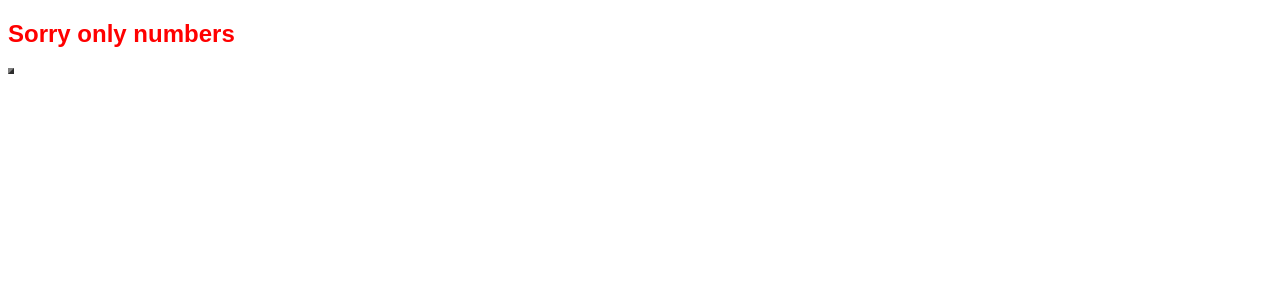
Repository: adithnaveen/SdetBatch3
Page: http://localhost/WebWorks/ShowMulti.jsp
The author's editor kept a copy of each file at every save. The page is drawn from the files as they stood at one save, then again after the next save.
The browser window is 1280 px wide. The pictures show the whole page.
The page is served by Tomcat 9.

Above is the page before, as saved 2017-04-03 22:25:30.

After the next save:
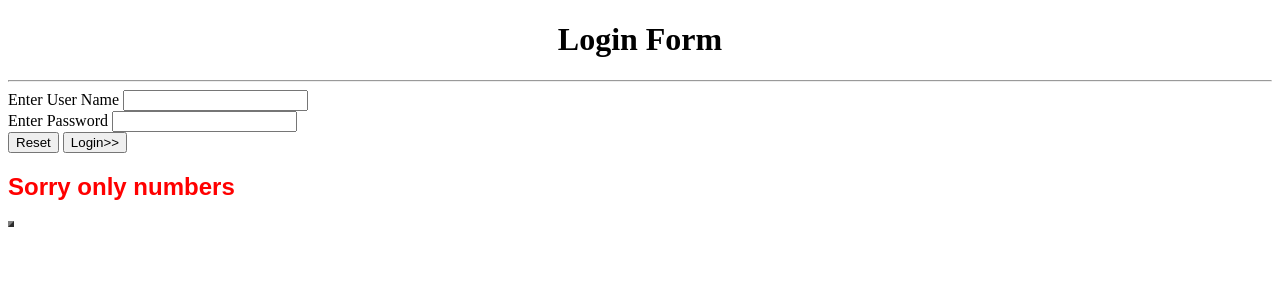
Saved 33 min 39 s later.
--- a/SDET4/WebWorks/WebContent/ShowMulti.jsp
+++ b/SDET4/WebWorks/WebContent/ShowMulti.jsp
@@ -7,6 +7,7 @@
 <title>Insert title here</title>
 </head>
 <body>
+<jsp:include page=""/>
 
 <%!
 	// declaration
